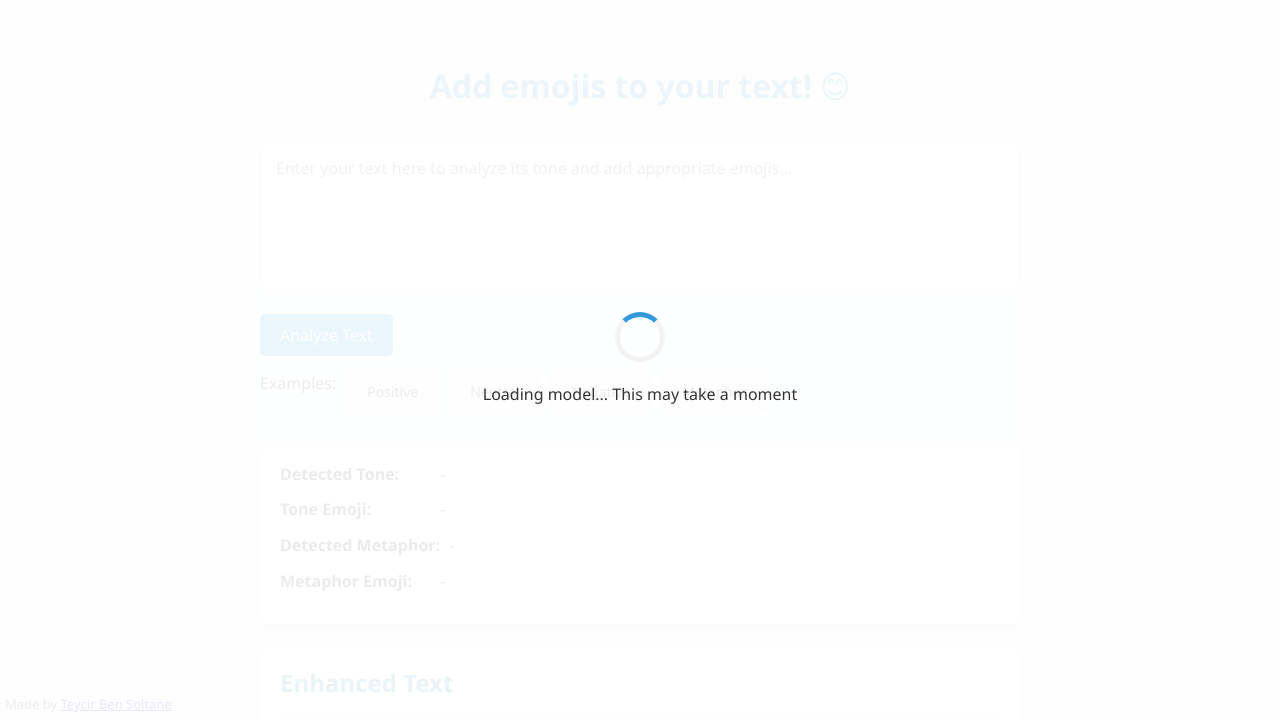
Repository: Teycir/emojiadder
Page: index.html
The author's editor kept a copy of each file at every save. The page is drawn from the files as they stood at one save, then again after the next save.
The browser window is 1280 px wide. The pictures show the window.
A layer covers the whole window, so only the first screen is drawn.

Above is the page before, as saved 2025-03-23 11:46:07.

### index.html
<!DOCTYPE html>
<html lang="en">
<head>
    <meta charset="UTF-8">
    <meta name="viewport" content="width=device-width, initial-scale=1.0">
    <title>Text Tone Detector</title>
    <link rel="stylesheet" href="styles.css">
</head>
<body>
    <div class="container">
        <h1>Add emojis to your text! 😊</h1>
        <div class="input-section">
            <textarea id="text-input" placeholder="Enter your text here to analyze its tone and add appropriate emojis..."></textarea>
            <button id="analyze-btn">Analyze Text</button>
            <div class="examples">
                <p>Examples:</p>
                <button class="example-btn" data-text="I'm so happy with the results! This is amazing.">Positive</button>
                <button class="example-btn" data-text="This is just okay, nothing special.">Neutral</button>
                <button class="example-btn" data-text="I'm really disappointed with this service.">Negative</button>
                <button class="example-btn" data-text="The journey to success is like climbing a mountain.">Metaphor</button>
            </div>
        </div>

        <div class="result-section">
            <div class="result-card">
                <div class="result-item">
                    <div class="label">Detected Tone:</div>
                    <div id="tone-result" class="value">-</div>
                </div>
                <div class="result-item">
                    <div class="label">Tone Emoji:</div>
                    <div id="tone-emoji" class="value">-</div>
                </div>
                <div class="result-item">
                    <div class="label">Detected Metaphor:</div>
                    <div id="metaphor-result" class="value">-</div>
                </div>
                <div class="result-item">
                    <div class="label">Metaphor Emoji:</div>
                    <div id="metaphor-emoji" class="value">-</div>
                </div>
            </div>
            <div class="enhanced-text-card">
                <h2>Enhanced Text</h2>
                <div id="enhanced-text-result">-</div>
            </div>
        </div>

        <div class="loader-container" id="loader">
            <div class="loader"></div>
            <p>Loading model... This may take a moment</p>
        </div>
    </div>

    <!-- Note the type="module" to use ES modules (modules are deferred by default) -->
    <script type="module" src="./script.js"></script>
<div style="position: fixed; bottom: 0; left: 0; font-size: small; margin: 5px;">
  Made by <a href="https://www.teycirbensoltane.tn">Teycir Ben Soltane</a>
</div>
</body>
</html>

### styles.css
* {
    margin: 0;
    padding: 0;
    box-sizing: border-box;
    font-family: 'Segoe UI', Tahoma, Geneva, Verdana, sans-serif;
}

body {
    background-color: #f5f7fa;
    color: #333;
    line-height: 1.6;
}

.container {
    max-width: 800px;
    margin: 40px auto;
    padding: 20px;
}

h1 {
    text-align: center;
    margin-bottom: 30px;
    color: #3498db;
}

h2 {
    color: #2980b9;
    margin-bottom: 15px;
}

.input-section {
    margin-bottom: 30px;
}

textarea {
    width: 100%;
    height: 150px;
    padding: 15px;
    border: 1px solid #ddd;
    border-radius: 8px;
    resize: none;
    font-size: 16px;
    margin-bottom: 15px;
    transition: border 0.3s;
}

textarea:focus {
    outline: none;
    border-color: #3498db;
}

button {
    background-color: #3498db;
    color: white;
    border: none;
    padding: 10px 20px;
    border-radius: 5px;
    cursor: pointer;
    font-size: 16px;
    transition: background-color 0.3s;
}

button:hover {
    background-color: #2980b9;
}

button:disabled {
    background-color: #95a5a6;
    cursor: not-allowed;
}

.result-section {
    display: flex;
    flex-direction: column;
    gap: 20px;
    margin-bottom: 30px;
}

.result-card, .enhanced-text-card {
    background-color: white;
    border-radius: 8px;
    padding: 20px;
    box-shadow: 0 4px 6px rgba(0, 0, 0, 0.1);
}

.result-item {
    margin-bottom: 10px;
    display: flex;
    align-items: center;
}

.label {
    font-weight: bold;
    margin-right: 10px;
    min-width: 150px;
}

#enhanced-text-result {
    padding: 15px;
    background-color: #f9f9f9;
    border-radius: 5px;
    font-size: 18px;
    min-height: 60px;
    line-height: 1.5;
}

.examples-section {
    margin-top: 30px;
}

.examples {
    display: flex;
    flex-wrap: wrap;
    gap: 10px;
    margin-top: 15px;
}

.example-btn {
    background-color: #f0f0f0;
    color: #333;
    border: 1px solid #ddd;
    font-size: 14px;
}

.example-btn:hover {
    background-color: #e0e0e0;
}

/* Tone colors */
.positive {
    color: #27ae60;
}

.neutral {
    color: #f39c12;
}

.negative {
    color: #e74c3c;
}

/* Loader Styles */
.loader-container {
    position: fixed;
    top: 0;
    left: 0;
    width: 100%;
    height: 100%;
    background-color: rgba(255, 255, 255, 0.9);
    display: flex;
    flex-direction: column;
    justify-content: center;
    align-items: center;
    z-index: 1000;
}

.loader {
    border: 5px solid #f3f3f3;
    border-top: 5px solid #3498db;
    border-radius: 50%;
    width: 50px;
    height: 50px;
    animation: spin 1s linear infinite;
    margin-bottom: 20px;
}

@keyframes spin {
    0% { transform: rotate(0deg); }
    100% { transform: rotate(360deg); }
}

/* Responsive design */
@media (max-width: 600px) {
    .container {
        padding: 15px;
        margin: 20px auto;
    }

    .result-item {
        flex-direction: column;
        align-items: flex-start;
    }

    .label {
        margin-bottom: 5px;
    }

    .examples {
        flex-direction: column;
    }
}

### script.js
import TextToneDetector from './TextToneDetector.js';

// DOM event listeners
document.addEventListener('DOMContentLoaded', () => {
  console.log('DOM content loaded, initializing application');

  // DOM elements
  const textInput = document.getElementById('text-input');
  const analyzeBtn = document.getElementById('analyze-btn');
  const toneResult = document.getElementById('tone-result');
  const toneEmoji = document.getElementById('tone-emoji');
  const metaphorResult = document.getElementById('metaphor-result');
  const metaphorEmoji = document.getElementById('metaphor-emoji');
  const enhancedTextResult = document.getElementById('enhanced-text-result');
  const exampleBtns = document.querySelectorAll('.example-btn');
  const loader = document.getElementById('loader');

  // Disable analyze button until model loads
  analyzeBtn.disabled = true;

  // Make sure the loader is visible
  loader.style.display = 'flex';

  // Create detector instance
  console.log('Creating TextToneDetector instance');
  const toneDetector = new TextToneDetector();

  // Add event listener to limit textarea to 400 lines and alert if exceeded
  textInput.addEventListener('input', function() {
    const lines = this.value.split('\n');
    if (lines.length > 400) {
      alert("400 max lines allowed!");
      this.value = lines.slice(0, 400).join('\n');
    }
  });

  // Analyze text function
  async function analyzeText() {
    const text = textInput.value.trim();

    if (!text) {
      alert('Please enter some text to analyze.');
      return;
    }

    // Show loading indicator
    analyzeBtn.disabled = true;
    analyzeBtn.textContent = 'Analyzing...';

    try {
      const result = await toneDetector.analyze(text);

      // Display results
      toneResult.textContent = result.tone.charAt(0).toUpperCase() + result.tone.slice(1);
      toneResult.className = result.tone;

      toneEmoji.textContent = result.toneEmoji || 'None';

      metaphorResult.textContent = result.metaphor
        ? result.metaphor.charAt(0).toUpperCase() + result.metaphor.slice(1)
        : 'None detected';

      metaphorEmoji.textContent = result.metaphorEmoji || 'None';

      enhancedTextResult.textContent = result.enhancedText;
    } catch (error) {
      console.error('Error in analysis:', error);
      enhancedTextResult.textContent = 'An error occurred during analysis. Please try again.';
    } finally {
      // Reset button
      analyzeBtn.disabled = false;
      analyzeBtn.textContent = 'Analyze Text';
    }
  }

  // Event listeners
  analyzeBtn.addEventListener('click', analyzeText);

  textInput.addEventListener('keydown', function(e) {
    if (e.key === 'Enter' && e.ctrlKey) {
      analyzeText();
    }
  });

  // Example buttons
  exampleBtns.forEach(btn => {
    btn.addEventListener('click', function() {
      const exampleText = this.getAttribute('data-text');
      textInput.value = exampleText;
      analyzeText();
    });
  });

  // Initial instructions
  enhancedTextResult.textContent = 'Enter text and click "Analyze Text" to see the enhanced result with emojis.';
});

### TextToneDetector.js
import SentimentModel from './models/SentimentModel.js';
import MetaphorUtils from './utils/MetaphorUtils.js';
import EmojiUtils from './utils/EmojiUtils.js';

/**
 * Main class for text tone detection
 */
class TextToneDetector {
  constructor() {
    console.log('TextToneDetector constructor called');

    // Initialize components
    this.sentimentModel = new SentimentModel();
    this.metaphorUtils = new MetaphorUtils();
    this.emojiUtils = new EmojiUtils();

    // Model loading status
    this.isModelLoaded = false;

    // Initialize model
    this.initializeModel();
  }

  async initializeModel() {
    try {
      console.log('TextToneDetector: Initializing sentiment model');
      await this.sentimentModel.initialize();
      this.isModelLoaded = true;

      console.log('TextToneDetector: Model loaded successfully');

      // Hide loader when model is loaded
      const loader = document.getElementById('loader');
      if (loader) {
        loader.style.display = 'none';
        console.log('Loader hidden');
      } else {
        console.warn('Loader element not found');
      }

      // Enable analyze button
      const analyzeBtn = document.getElementById('analyze-btn');
      if (analyzeBtn) {
        analyzeBtn.disabled = false;
        console.log('Analyze button enabled');
      } else {
        console.warn('Analyze button not found');
      }
    } catch (error) {
      console.error('Error initializing model:', error);

      // Show error in the UI
      const loader = document.getElementById('loader');
      if (loader) {
        loader.innerHTML = `
          <div class="error">
            <p>Error loading model: ${error.message}</p>
            <p>Please refresh the page to try again.</p>
          </div>
        `;
      }
    }
  }

  // Analyze text and return tone with emojis
  async analyze(text) {
    if (!this.isModelLoaded) {
      return {
        originalText: text,
        tone: 'unknown',
        toneEmoji: '',
        metaphor: null,
        metaphorEmoji: '',
        enhancedText: text
      };
    }

    try {
      // Split text into paragraphs
      const paragraphs = text.split(/\n+/);
      let enhancedParagraphs = [];

      for (const paragraph of paragraphs) {
        if (!paragraph.trim()) {
          enhancedParagraphs.push('');
          continue;
        }

        // Split paragraph into sentences
        // This regex matches sentence endings: period, question mark, or exclamation mark followed by a space or end of string
        const sentences = paragraph.match(/[^.!?]+[.!?]+(\s|$)/g) || [paragraph];
        let enhancedParagraph = '';

        for (const sentence of sentences) {
          // Get sentiment from model for each sentence
          const sentimentOutput = await this.sentimentModel.analyze(sentence);

          // Determine tone based on model output
          let tone;
          if (sentimentOutput.label === 'POSITIVE') {
            tone = 'positive';
          } else if (sentimentOutput.label === 'NEGATIVE') {
            tone = 'negative';
          } else {
            tone = 'neutral';
          }

          // Find metaphors in sentence
          const words = sentence.toLowerCase().split(/\s+/);
          const metaphor = this.metaphorUtils.findMetaphor(words);

          // Get emojis for tone and metaphor
          const toneEmoji = this.emojiUtils.getToneEmoji(tone);
          const metaphorEmoji = this.emojiUtils.getMetaphorEmoji(metaphor);

          // Add emoji after the sentence's ending punctuation but before any trailing space
          const emojiString = `${toneEmoji} ${metaphorEmoji}`.trim();
          // This regex captures the end punctuation and any trailing space
          const enhancedSentence = sentence.replace(/([.!?]+)(\s|$)/, `$1 ${emojiString}$2`);
          enhancedParagraph += enhancedSentence;
        }

        enhancedParagraphs.push(enhancedParagraph);
      }

      const enhancedText = enhancedParagraphs.join('\n');

      // For the overall tone and metaphor, analyze the complete text
      const overallSentimentOutput = await this.sentimentModel.analyze(text);
      let overallTone;
      if (overallSentimentOutput.label === 'POSITIVE') {
        overallTone = 'positive';
      } else if (overallSentimentOutput.label === 'NEGATIVE') {
        overallTone = 'negative';
      } else {
        overallTone = 'neutral';
      }

      const words = text.toLowerCase().split(/\s+/);
      const overallMetaphor = this.metaphorUtils.findMetaphor(words);

      const toneEmoji = this.emojiUtils.getToneEmoji(overallTone);
      const metaphorEmoji = this.emojiUtils.getMetaphorEmoji(overallMetaphor);

      return {
        originalText: text,
        tone: overallTone,
        toneEmoji: toneEmoji,
        metaphor: overallMetaphor,
        metaphorEmoji: metaphorEmoji,
        enhancedText: enhancedText
      };
    } catch (error) {
      console.error('Error analyzing text:', error);
      return {
        originalText: text,
        tone: 'error',
        toneEmoji: '❓',
        metaphor: null,
        metaphorEmoji: '',
        enhancedText: text + ' ❓'
      };
    }
  }
}

export default TextToneDetector;

### models/SentimentModel.js
// Import the pipeline directly from the Transformers library
import { pipeline } from 'https://cdn.jsdelivr.net/npm/@xenova/transformers@2.14.0/dist/transformers.min.js';

/**
 * Handles sentiment analysis using Transformers.js
 * Implements caching to avoid reloading the model
 */
class SentimentModel {
  // Static properties for caching
  static instance = null;
  static pipelineInstance = null;
  static isInitializing = false;
  static initPromise = null;

  constructor() {
    this.isLoaded = SentimentModel.pipelineInstance !== null;
    this.pipeline = SentimentModel.pipelineInstance;

    console.log('SentimentModel constructor called, cached:', this.isLoaded);

    // Return existing instance if available
    if (SentimentModel.instance) {
      console.log('Returning cached SentimentModel instance');
      return SentimentModel.instance;
    }

    // Store this instance as the singleton
    SentimentModel.instance = this;
  }

  /**
   * Initialize the sentiment analysis model
   * @returns {Promise} Resolves when model is loaded
   */
  async initialize() {
    // If model is already loaded, return immediately
    if (this.isLoaded) {
      console.log('Model already loaded, using cached instance');
      return Promise.resolve(true);
    }

    // If initialization is in progress, return the existing promise
    if (SentimentModel.isInitializing) {
      console.log('Model initialization already in progress, waiting...');
      return SentimentModel.initPromise;
    }

    // Create a new initialization promise
    SentimentModel.isInitializing = true;
    SentimentModel.initPromise = new Promise(async (resolve, reject) => {
      try {
        console.log('Starting to initialize sentiment model');

        try {
          console.log('Initializing sentiment model');

          // Initialize the sentiment analysis pipeline
          console.log('Loading sentiment analysis model...');
          SentimentModel.pipelineInstance = await pipeline('sentiment-analysis', 'Xenova/distilbert-base-uncased-finetuned-sst-2-english');
          console.log('Sentiment analysis model loaded successfully');

          // Update instance properties
          this.pipeline = SentimentModel.pipelineInstance;
          this.isLoaded = true;

          resolve(true);
        } catch (innerError) {
          console.error('Error in Transformers initialization:', innerError);
          SentimentModel.isInitializing = false;
          reject(innerError);
        }
      } catch (error) {
        console.error('Error initializing model:', error);
        SentimentModel.isInitializing = false;
        reject(error);
      }
    });

    return SentimentModel.initPromise;
  }

  /**
   * Analyze text sentiment
   * @param {string} text - Text to analyze
   * @returns {Object} Sentiment result
   */
  async analyze(text) {
    if (!this.isLoaded) {
      throw new Error('Model not loaded yet');
    }

    try {
      const result = await this.pipeline(text);
      return result[0];
    } catch (error) {
      console.error('Error in sentiment analysis:', error);
      throw error;
    }
  }
}

export default SentimentModel;

### utils/EmojiUtils.js
/**
 * Provides emoji-related functionality
 */
class EmojiUtils {
    constructor() {
      // Metaphor emoji mappings
      this.metaphorEmojis = {
        speed: ['🚀', '⚡', '💨', '🏃‍♂️'],
        strength: ['💪', '🦾', '🦁', '🐂'],
        growth: ['🌱', '🌳', '📈', '⬆️'],
        time: ['⏰', '⌛', '🕒', '📅'],
        money: ['💰', '💵', '💸', '💲'],
        success: ['🏆', '🥇', '🎖️', '🔝'],
        failure: ['👎', '📉', '❌', '💥'],
        idea: ['💡', '✨', '🧠', '🤔'],
        communication: ['💬', '📣', '📱', '✉️'],
        love: ['❤️', '💕', '💘', '🌹'],
        journey: ['🛣️', '🧭', '🧳', '🚶‍♂️'],
        competition: ['🏁', '🥊', '⚔️', '🎯'],
        health: ['🏥', '💊', '🩺', '🫀'],
        technology: ['📱', '💻', '🤖', '⚙️'],
        education: ['📚', '🎓', '✏️', '🧮'],
        nature: ['🌿', '🌳', '🌊', '🏔️'],
        celebration: ['🎉', '🎊', '🥂', '🎈']
      };

      // Tone emoji mappings
      this.toneEmojis = {
        positive: ['😊', '😄', '🥰', '✨', '👍', '🙌'],
        neutral: ['😐', '🤔', '🧐', '📝', '🔍', '💭'],
        negative: ['😔', '😢', '😞', '😠', '👎', '💔']
      };
    }

    /**
     * Get random emoji from a list
     * @param {Array} emojiList - List of emojis to choose from
     * @returns {string} - Random emoji
     */
    getRandomEmoji(emojiList) {
      if (!emojiList || emojiList.length === 0) {
        return '';
      }
      const randomIndex = Math.floor(Math.random() * emojiList.length);
      return emojiList[randomIndex];
    }

    /**
     * Get emoji for a tone
     * @param {string} tone - Tone to get emoji for
     * @returns {string} - Emoji
     */
    getToneEmoji(tone) {
      return this.getRandomEmoji(this.toneEmojis[tone] || []);
    }

    /**
     * Get emoji for a metaphor
     * @param {string} metaphor - Metaphor to get emoji for
     * @returns {string} - Emoji
     */
    getMetaphorEmoji(metaphor) {
      return metaphor ? this.getRandomEmoji(this.metaphorEmojis[metaphor] || []) : '';
    }
  }

  export default EmojiUtils;

Loaded but not shown: utils/MetaphorUtils.js (330 lines, source omitted)

After the next save:
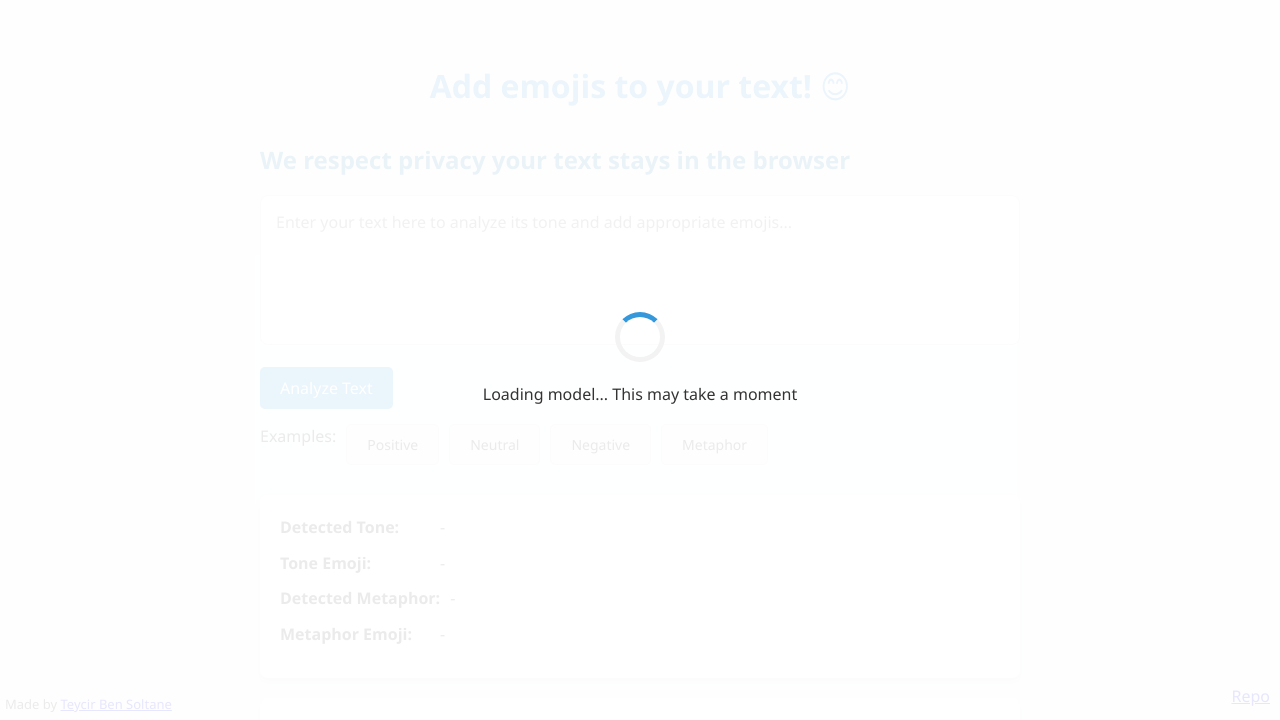
Saved 77 s later.
--- a/index.html
+++ b/index.html
@@ -9,6 +9,7 @@
 <body>
     <div class="container">
         <h1>Add emojis to your text! 😊</h1>
+<h2>We respect privacy your text stays in the browser</h2>
         <div class="input-section">
             <textarea id="text-input" placeholder="Enter your text here to analyze its tone and add appropriate emojis..."></textarea>
             <button id="analyze-btn">Analyze Text</button>
@@ -57,5 +58,6 @@
 <div style="position: fixed; bottom: 0; left: 0; font-size: small; margin: 5px;">
   Made by <a href="https://www.teycirbensoltane.tn">Teycir Ben Soltane</a>
 </div>
+<a href="https://github.com/Teycir/emojiadder" style="position: fixed; bottom: 10px; right: 10px;">Repo</a>
 </body>
 </html>
